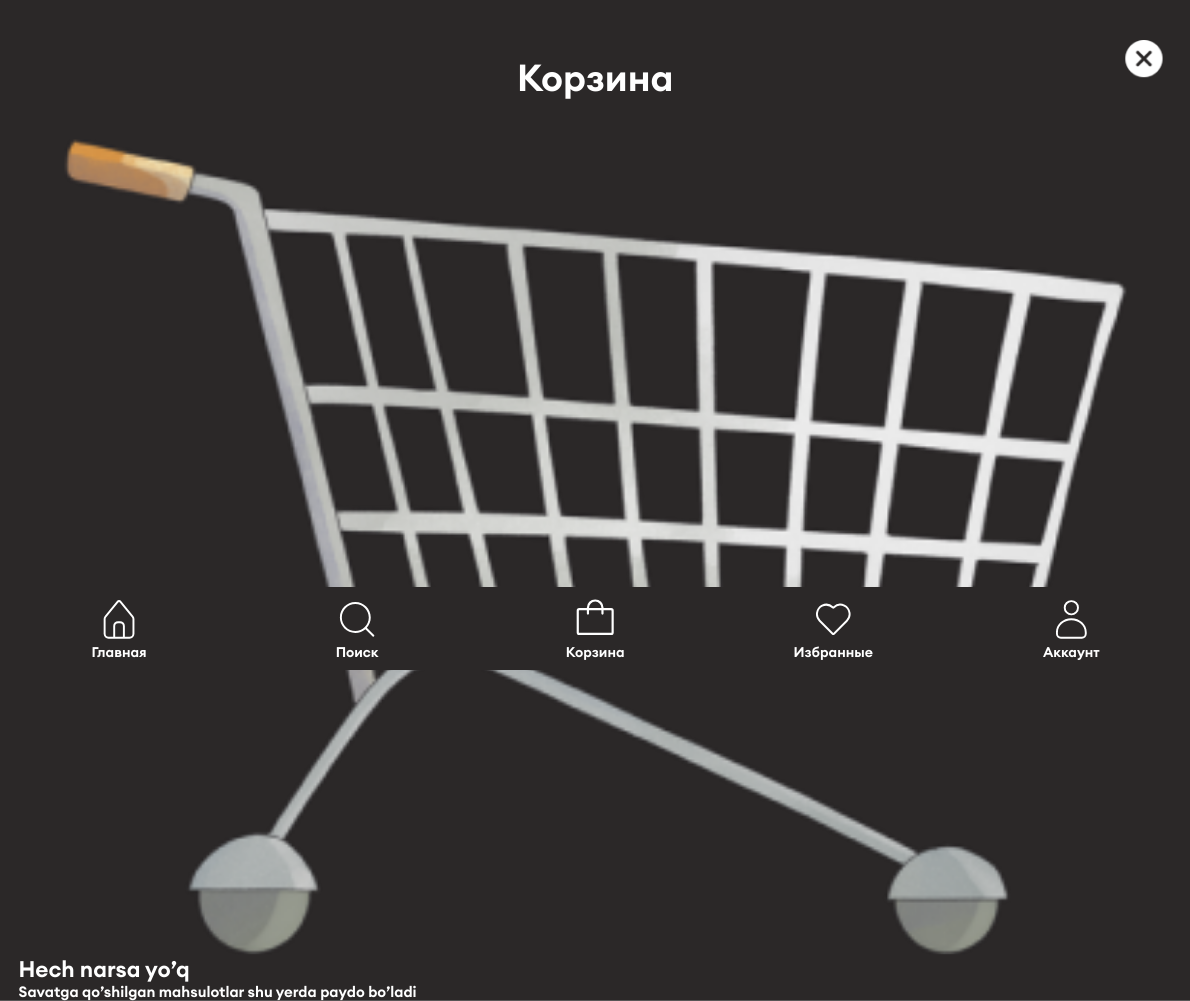
Repository: muslmoney/click-miniapp
Page: /cart
These files come from the project's save history. The page is drawn as it stood at one moment and after a run of saves; the edit follows.
The browser window is 1280 px wide. The pictures show the whole page, at 93% of full size.
The project was rebuilt for these pictures with package versions that can differ from the ones it lists, and the page was loaded fresh each time. Also part of the build but not shown: vite.config.js, src/components/ProductCard/productCard.module.css, src/components/ProductCard/ProductCard.jsx.

Above is the page before, as saved 2025-02-02 00:55:13.

After the next 4 saves:
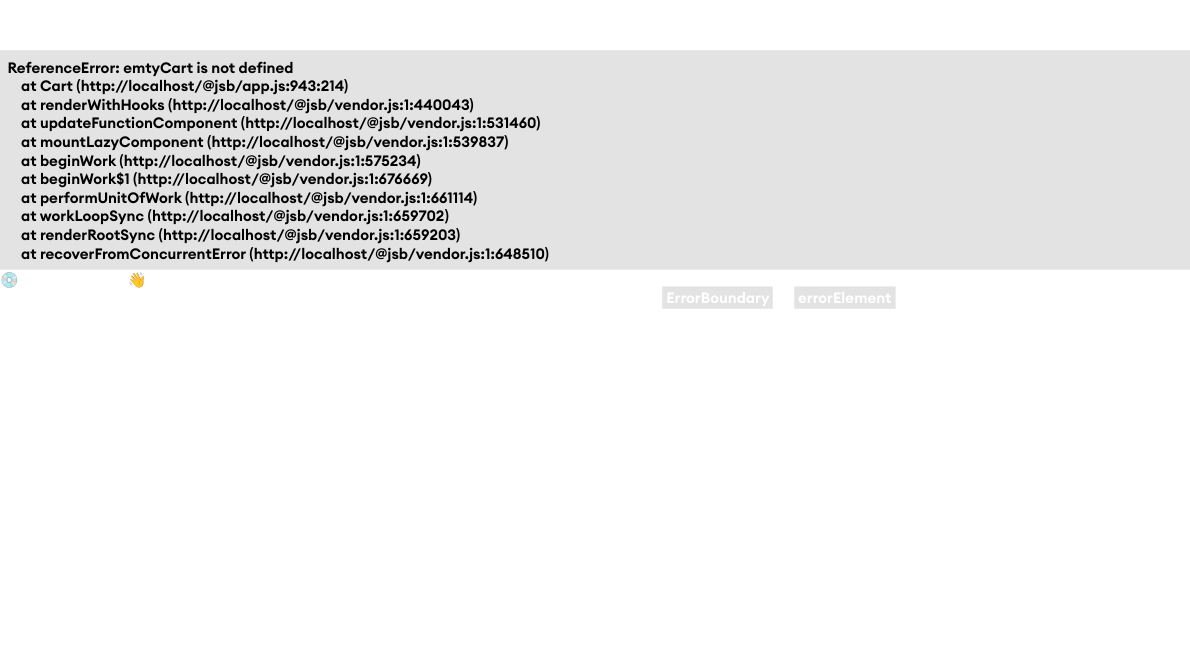
Console error: ReferenceError: emtyCart is not defined
The 4 saves are shown as one change because 1 did not build or start and some came seconds apart.
The last was saved 16 s later.
--- a/src/pages/Cart/Cart.jsx
+++ b/src/pages/Cart/Cart.jsx
@@ -11,7 +11,7 @@
 
       <div className={styles.cartItems}>
         {cart.length === 0 ? (
-          <div>
+          <div className={emtyCart}>
             <img src="/shoppingCart.png" alt="" />
             <h2>
               Hech narsa yo’q

After the save that followed:
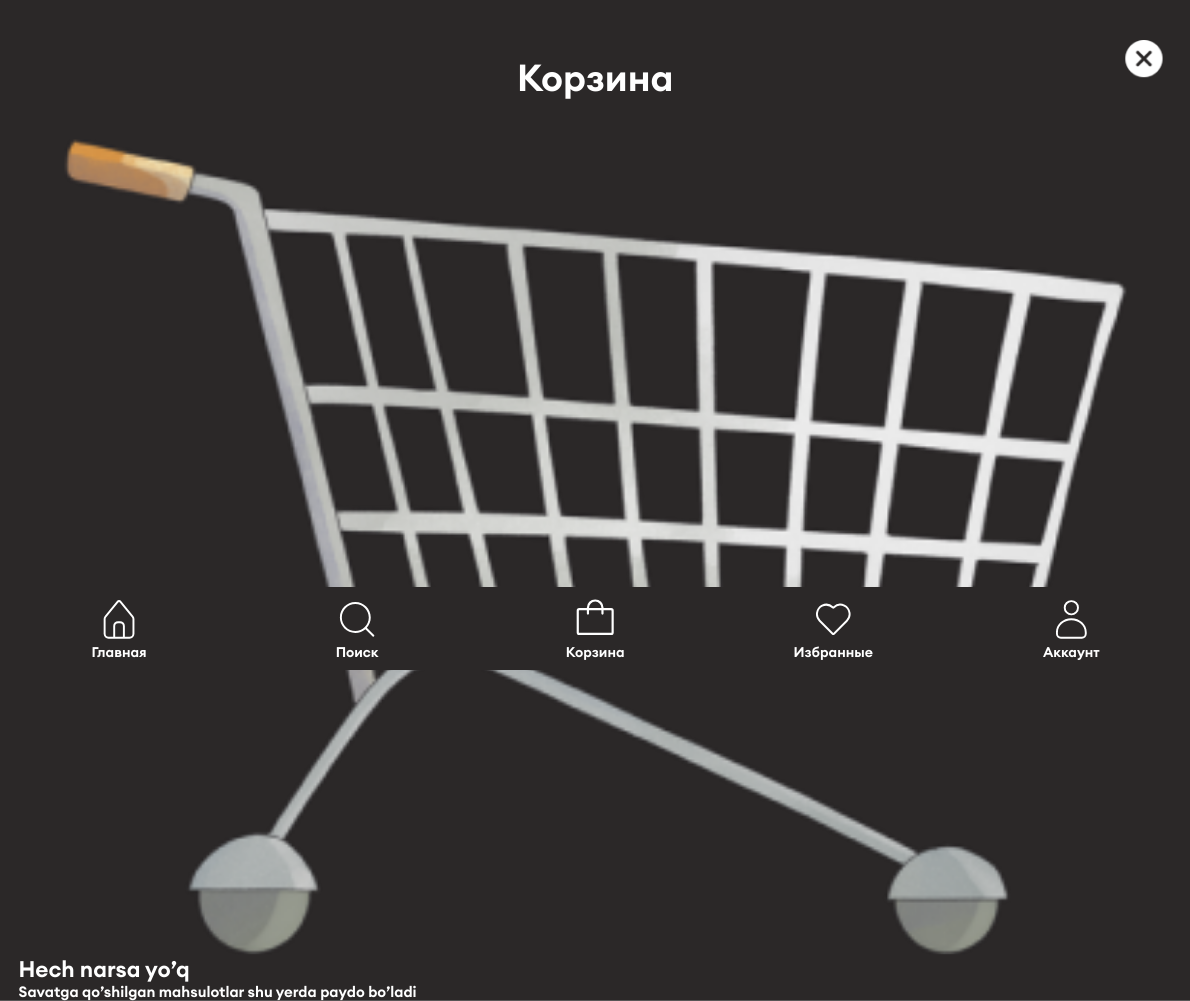
The error is gone.
Saved 4 s later.
--- a/src/pages/Cart/Cart.jsx
+++ b/src/pages/Cart/Cart.jsx
@@ -11,7 +11,7 @@
 
       <div className={styles.cartItems}>
         {cart.length === 0 ? (
-          <div className={emtyCart}>
+          <div className={styles.emtyCart}>
             <img src="/shoppingCart.png" alt="" />
             <h2>
               Hech narsa yo’q
